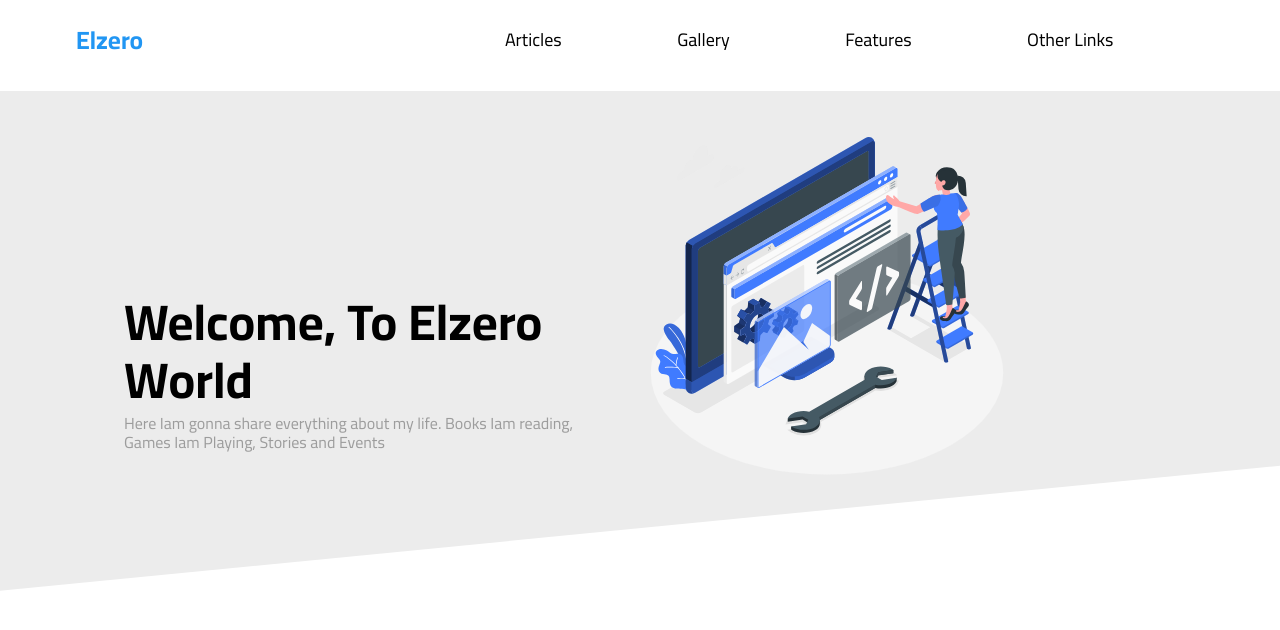
Repository: Toqa-25/elzeroAcdemey-Templete
Page: index.html
These files come from the project's save history. The page is drawn as it stood at one moment and after the next save; the edit follows.
The browser window is 1280 px wide. The pictures show the whole page.

Above is the page before, as saved 2022-01-16 21:42:54.

After the next save:
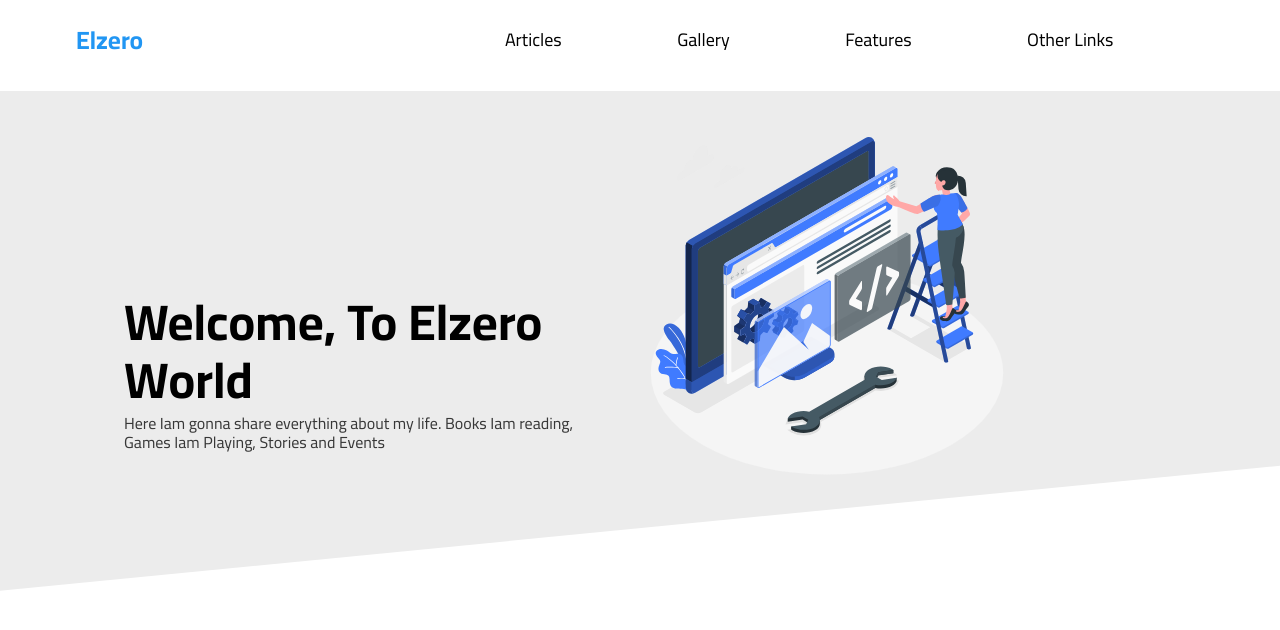
Saved 21 s later.
--- a/css/style.css
+++ b/css/style.css
@@ -279,7 +279,7 @@ nav{
     margin-bottom: 5px;
 }
 .welcome-content-info-text{
-    color:rgba(0, 0, 0, 0.337);
+    color:rgba(0, 0, 0, 0.77);
 }
 .welcome-content-img{
     width:50%
